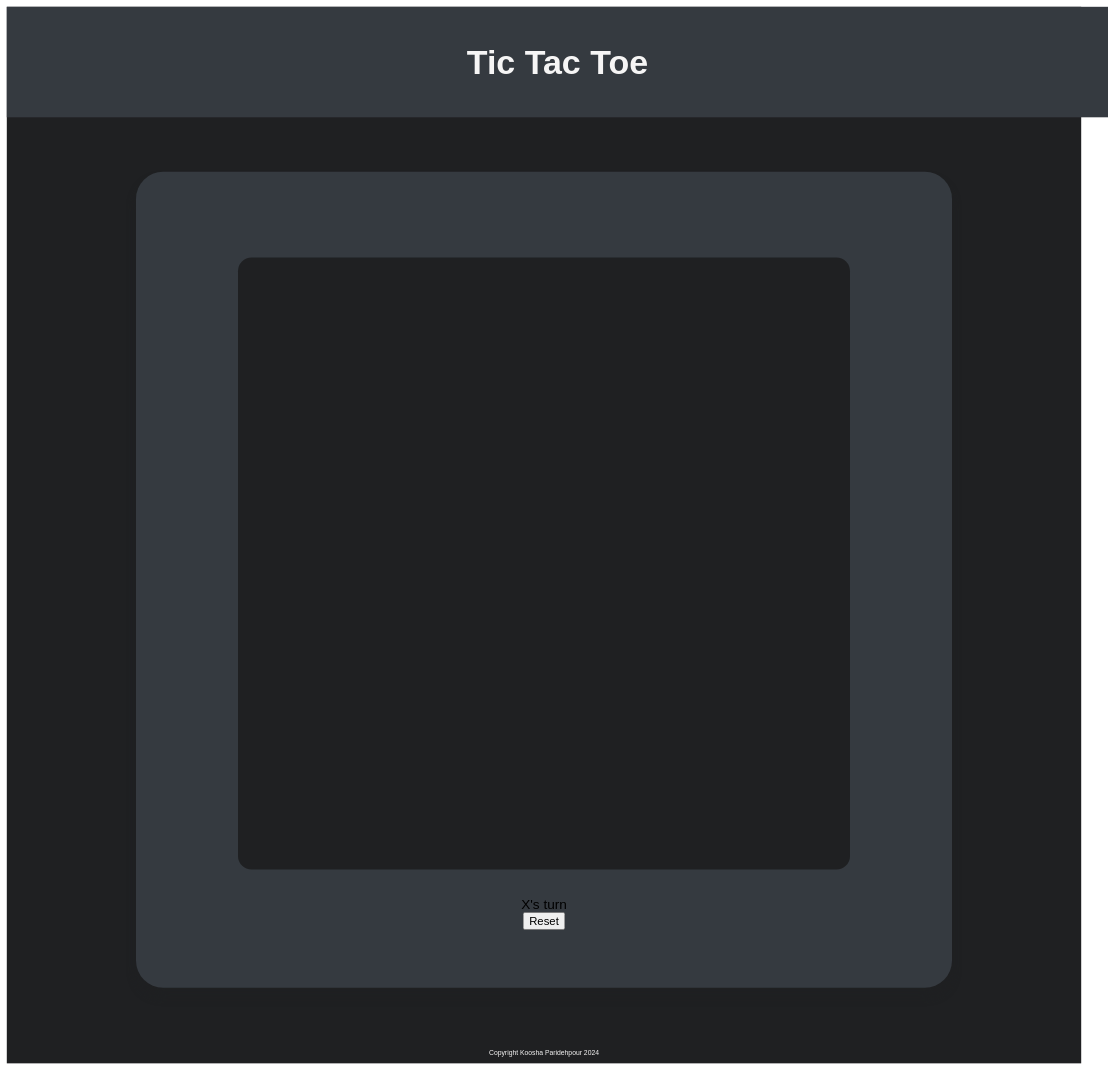
Repository: KooshaPari/odin-TTT
Page: index.html
The author's editor kept a copy of each file at every save. The page is drawn from the files as they stood at one save, then again after the next save.
The browser window is 1280 px wide. The page is 1304 px wide, so the pictures cover 1304 px, including what lies to the right of the window. The pictures show the whole page, at 85% of full size.

Above is the page before, as saved 2024-03-14 22:48:32.

### index.html
<!doctype html>
<html lang="en">
  <head>
    <meta charset="UTF-8" />

    <link rel="stylesheet" href="./style.css" />
    <meta name="viewport" content="width=device-width, initial-scale=1.0" />
    <title>Document</title>
  </head>
  <body>
    <div id="parent">
      <div id="header">
        <h1>Tic Tac Toe</h1>
      </div>
      <div id="body">
        <div id="game">
          <div id="board">
            <div class="square" id="0"></div>
            <div class="square" id="1"></div>
            <div class="square" id="2"></div>
            <div class="square" id="3"></div>
            <div class="square" id="4"></div>
            <div class="square" id="5"></div>
            <div class="square" id="6"></div>
            <div class="square" id="7"></div>
            <div class="square" id="8"></div>
          </div>
          <div id="status">X's turn</div>
          <button id="reset">Reset</button>
        </div>
      </div>
      <div id="footer">
        <p>Copyright Koosha Paridehpour 2024</p>
      </div>
    </div>
  </body>
</html>

### style.css
* {
  font-family: sans-serif;
}
#parent {
  background-color: #1f2022;
  width: 100%;
  height: 100%;
}
#header {
  background-color: #353a40;
  padding: 1.25%;
  width: 100%;
  height: 100%;
}
#header h1 {
  color: #f6f5f5;

  font-size: 2.5em;
}
#footer p {
  color: #f6f5f5;
  font-size: 0.5em;
}

#header,
#footer,
#body {
  display: flex;
  align-items: center;
  justify-content: center;
}
#title {
  color: #f6f5f5;
}
#body {
  flex-direction: column;
}
#game {
  display: flex;
  flex-direction: column;
  justify-content: center;
  align-items: center;
  background-color: #353a40;
  border-radius: 2em;
  margin: 5vw;
  box-shadow: 0px 10px 10px #1f2022;
  width: 75vw;
  height: 75vw;
  -webkit-border-radius: 2em;
  -moz-border-radius: 2em;
  -ms-border-radius: 2em;
  -o-border-radius: 2em;
}
#board {
  width: 75%;
  height: 75%;
  background-color: #1f2022;
  border-radius: 1em;
  margin: 2em;
  -webkit-border-radius: 1em;
  -moz-border-radius: 1em;
  -ms-border-radius: 1em;
  -o-border-radius: 1em;
}

After the next save:
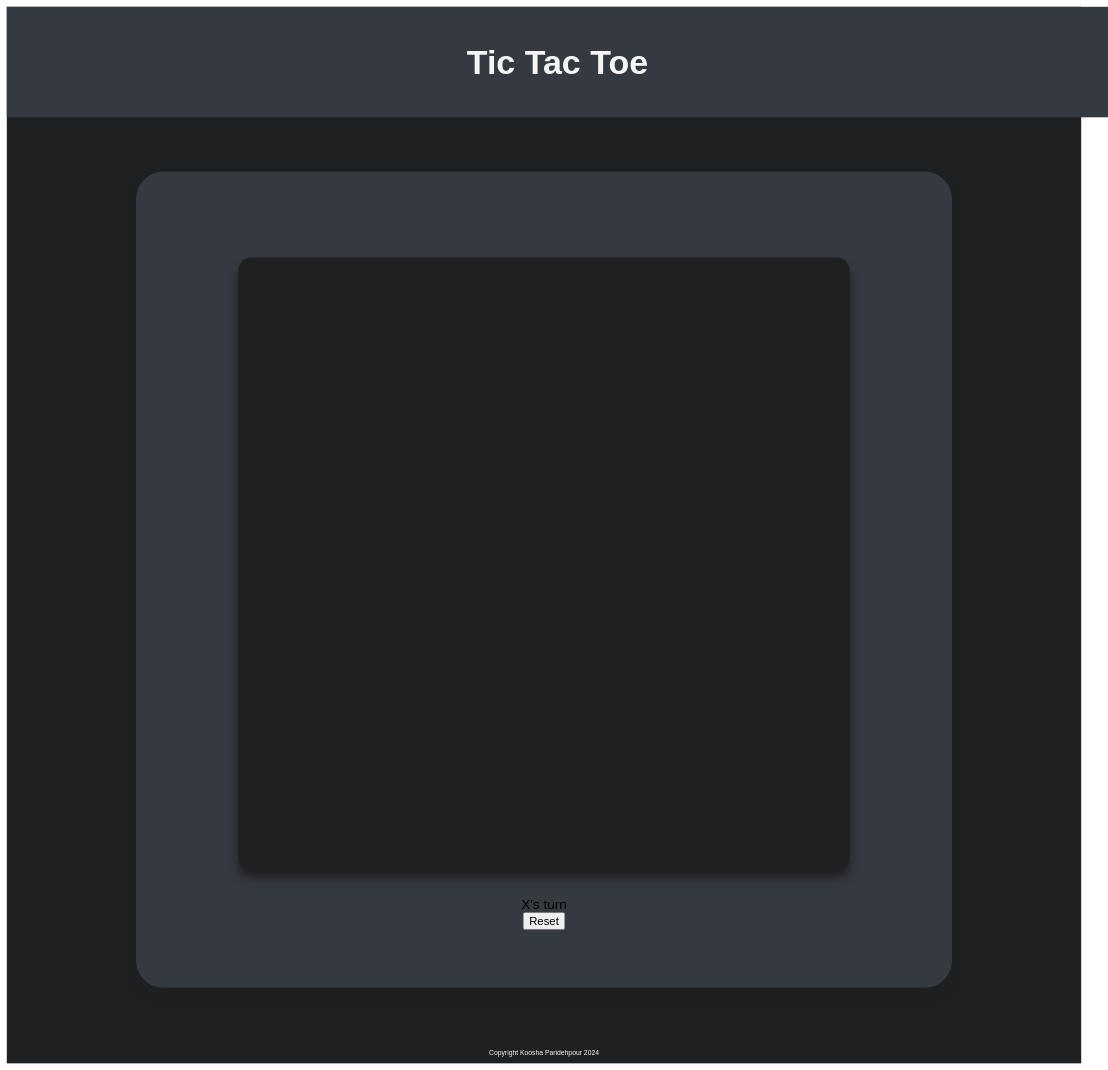
Saved 11 s later.
--- a/style.css
+++ b/style.css
@@ -57,6 +57,7 @@
   background-color: #1f2022;
   border-radius: 1em;
   margin: 2em;
+  box-shadow: 0px 10px 10px #1f2022;
   -webkit-border-radius: 1em;
   -moz-border-radius: 1em;
   -ms-border-radius: 1em;
